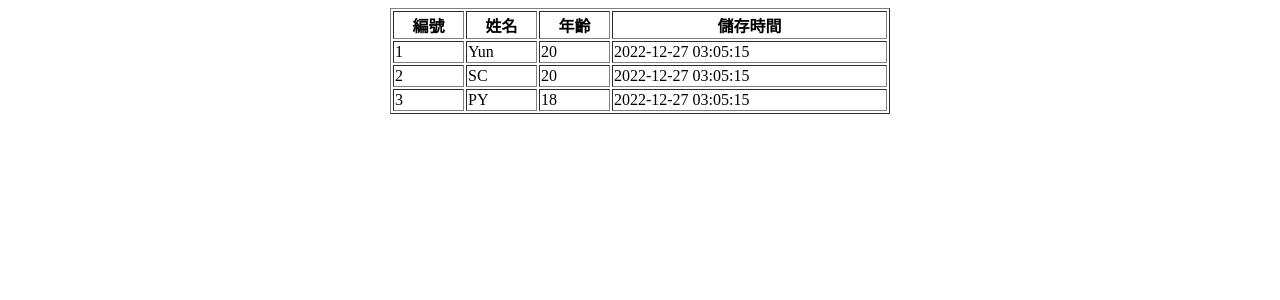
Repository: sc1314520/oce-test
Page: http://localhost/EE/jsp/basic/jstl_test.jsp
These files come from the project's save history. The page is drawn as it stood at one moment and after the next save; the edit follows.
The browser window is 1280 px wide. The pictures show the whole page.
The page is served by Tomcat 9. Nobody is signed in. The application's start-up code is not run.

Above is the page before, as saved 2022-12-29 10:44:27.

After the next save:
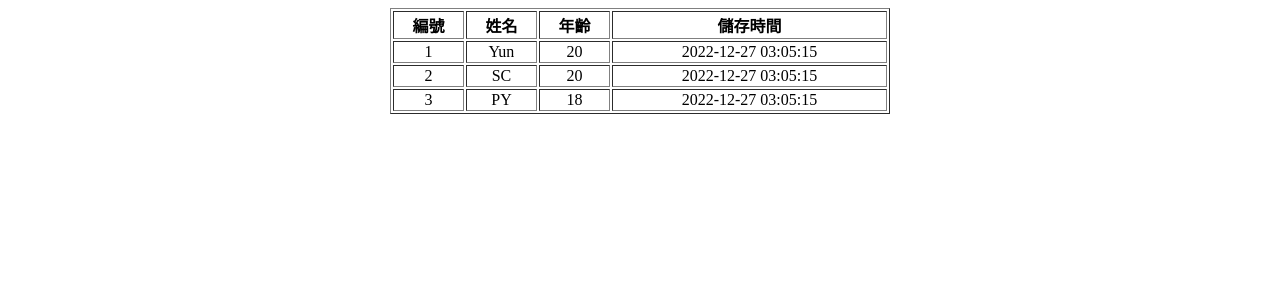
Saved 14 s later.
--- a/EE/src/main/webapp/jsp/basic/jstl_test.jsp
+++ b/EE/src/main/webapp/jsp/basic/jstl_test.jsp
@@ -27,7 +27,7 @@
 			<th>儲存時間</th>
 		</tr>
 		<c:forEach items="${list}" var="user" varStatus="s">
-			<tr>
+			<tr align="center">
 				<td>${s.count}</td>
 				<td>${user.name}</td>
 				<td>${user.age}</td>
